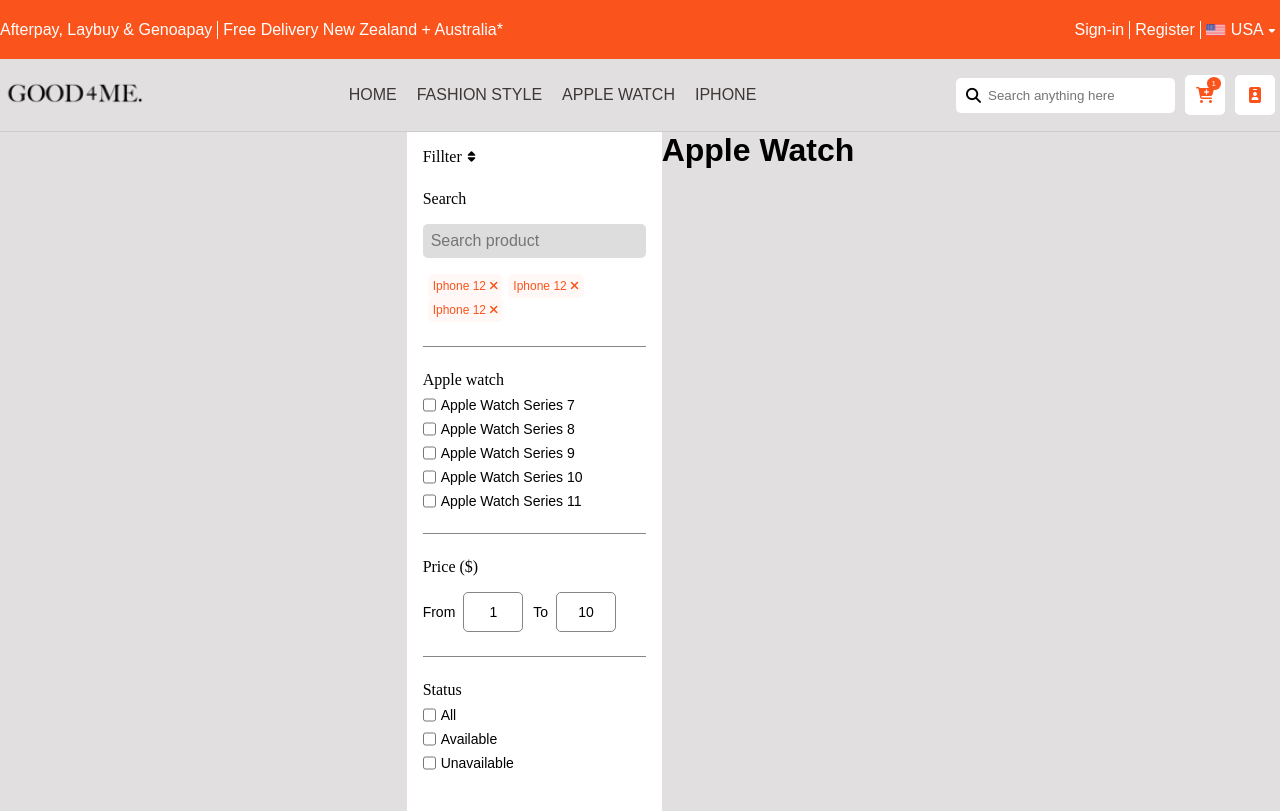
Repository: Ngoc28/Shoppe-web
Page: html/category.html
The author's editor kept a copy of each file at every save. The page is drawn from the files as they stood at one save, then again after the next save.
The browser window is 1280 px wide. The pictures show the whole page.
Some web fonts or font styles are not loaded; a fallback is used.

Above is the page before, as saved 2023-08-08 14:56:14.

### html/category.html
<!DOCTYPE html>
<html lang="en">
<head>
    <meta charset="UTF-8">
    <meta name="viewport" content="width=device-width, initial-scale=1.0">
    <title>Category</title>
    <link rel="stylesheet" href="../accest/css/base.css">
    <link rel="stylesheet" href="/accest/css/category.css">
    <link rel="stylesheet" href="https://cdnjs.cloudflare.com/ajax/libs/font-awesome/6.4.2/css/all.min.css"
        integrity="sha512-z3gLpd7yknf1YoNbCzqRKc4qyor8gaKU1qmn+CShxbuBusANI9QpRohGBreCFkKxLhei6S9CQXFEbbKuqLg0DA=="
        crossorigin="anonymous" referrerpolicy="no-referrer" />
</head>
<body>
    <header>
        <div class="header-top">
            <div class="header-info wide">
                <div class="header-info-dis">
                    <p class="header-info-country">Afterpay, Laybuy & Genoapay</p>
                    <div class="boder-r"></div>
                    <p class="header-info-country">Free Delivery New Zealand + Australia*</p>
                </div>
                <div class="header-info-user">
                    <div class="header-authen">
                        <p class="btn-sign">Sign-in</p>
                        <div class="boder-r"></div>
                        <p class="btn-register">Register</p>
                        <div class="boder-r"></div>
                    </div>
                    <div class="header-contry">
                        <img src="../accest/image/co.png" alt="" width="20px" , height="12px">
                        <p class="btn-country">
                            USA
                            <i class="fa-solid fa-caret-down"></i>
                        </p>
                    </div>
                </div>
            </div>
        </div>
        <div class="header-bot">
            <div class="header-nav wide">
                <div class="header-logo">
                    <img src="../accest/image/Logo_-_Good4Me_140x 1.png" alt="">
                </div>
                <div class="header-navbar">
                    <ul class="nav-link">
                        <li class="nav-item"><a href="/index.html">Home</a></li>
                        <li class="nav-item"><a href="">Fashion style</a></li>
                        <li class="nav-item"><a href="#">Apple watch</a></li>
                        <li class="nav-item"><a href="">Iphone</a></li>
                    </ul>
                </div>
                <div class="header-choose">
                    <label for="search" class="header-search">
                        <i class="fa-solid fa-magnifying-glass"></i>
                        <input type="text" placeholder="Search anything here" id="search">
                    </label>
                    <div class="header-cart">
                        <i class="fa-solid fa-cart-plus"></i>

                        <div class="cart-number">
                            <span>1</span>
                        </div>
                    </div>
                    <div class="header-contact">
                        <i class="fa-solid fa-id-badge"></i>
                    </div>
                </div>
            </div>
        </div>
    </header>

    <div class="container">
        <div class="container-width main-width">
            <div class="container-nav">
                <div class="container-nav-fil">
                    <p>Fillter</p>
                    <i class="fa-solid fa-sort"></i>
                </div>
                <div class="container-nav-search">
                    <label for="search">Search</label>
                    <input type="search" name="search" id="search" placeholder="Search product">
                    <div class="btn-his">
                        <button>
                            Iphone 12
                            <i class="fa-solid fa-xmark"></i>
                        </button>
                        <button>
                            Iphone 12
                            <i class="fa-solid fa-xmark"></i>
                        </button>
                        <button>
                            Iphone 12
                            <i class="fa-solid fa-xmark"></i>
                        </button>

                    </div>
                </div>

                <div class="line"></div>

                <div class="container-nav-brand">
                    <div class="container-nav-heading">
                        <p>Apple watch</p>
                    </div>
                    <div class="container-nav-check">
                        <div class="container-nav-check-item">
                            <input type="checkbox"><p>Apple Watch Series 7</p>
                        </div>
                        <div class="container-nav-check-item">
                            <input type="checkbox"><p>Apple Watch Series 8</p>
                        </div>
                        <div class="container-nav-check-item">
                            <input type="checkbox"><p>Apple Watch Series 9</p>
                        </div>
                        <div class="container-nav-check-item">
                            <input type="checkbox"><p>Apple Watch Series 10</p>
                        </div>
                        <div class="container-nav-check-item">
                            <input type="checkbox"><p>Apple Watch Series 11</p>
                        </div>
                    </div>
                </div>

                <div class="line"></div>

                <div class="container-nav-price">
                    <p class="container-nav-price-title">
                        Price ($)
                    </p>
                    <div class="container-nav-price-about">
                        <div class="container-nav-price-from">
                            <p>From</p>
                            <button>1</button>
                        </div>

                        <div class="container-nav-price-to">
                            <p>To</p>
                            <button>10</button>
                        </div>
                    </div>
                </div>
                <div class="line"></div>

                <div class="container-nav-status">
                    <p class="container-nav-status-title">Status</p>
                    <div class="container-nav-status-check">
                        <div class="container-nav-status-item">
                            <input type="checkbox"><p>All</p>
                        </div>
                        <div class="container-nav-status-item">
                            <input type="checkbox"><p>Available</p>
                        </div>
                        <div class="container-nav-status-item">
                            <input type="checkbox"><p>Unavailable</p>
                        </div>
                    </div>
                </div>
            </div>
            <!-- Product -->
            <div class="container-product">
                <div class="container-product-block">
                    <h1 class="container-product-heading">Apple Watch
                        <div class="boder-bottom"></div>
                    </h1>
                </div>
            </div>
        </div>
    </div>
</body>
</html>

### accest/css/base.css
@font-face{font-family:gilroy-bold;font-style:normal;font-weight:400;src:local('Gilroy-Bold'),url(https://fonts.cdnfonts.com/s/16219/Gilroy-Bold.woff) format('woff')}@font-face{font-family:gilroy-heavy;font-style:normal;font-weight:400;src:local('Gilroy-Heavy'),url(https://fonts.cdnfonts.com/s/16219/Gilroy-Heavy.woff) format('woff')}@font-face{font-family:gilroy-light;font-style:normal;font-weight:400;src:local('Gilroy-Light'),url(https://fonts.cdnfonts.com/s/16219/Gilroy-Light.woff) format('woff')}@font-face{font-family:gilroy-medium;font-style:normal;font-weight:400;src:local('Gilroy-Medium'),url(https://fonts.cdnfonts.com/s/16219/Gilroy-Medium.woff) format('woff')}@font-face{font-family:gilroy-regular;font-style:normal;font-weight:400;src:local('Gilroy-Regular'),url(https://fonts.cdnfonts.com/s/16219/Gilroy-Regular.woff) format('woff')}

*{
    padding: 0;
    margin: 0;
    box-sizing: border-box;
}

:root {
    --main-color: #FA541C;
    --footer-color: #FFF8F6;
    --white-color: #FFFF;
    --text-color: #3D3737;
    --gray-text:#85858A;
    --gray-background: #DDDDDD;
    --main-background: #e0ddddef;
}

.wide{
    width: 1280px;
}

html {
    font-family: gilroy-regular, sans-serif;
}

body {
    background: var(--main-background);
}
/* header */
header {
}

.header-top {
    background: var(--main-color);
    display: flex;
    justify-content: center;
    align-items: center;
    width: 100%;
    height: 100%;
    height: 59px;
}

.header-info {
    display: flex;
    justify-content: space-between;
}

.header-info-dis {
    display: flex;
}

.header-info-country {
    font-size: 16px;
    font-weight: 300;
    color: var(--white-color);
}

.boder-r {
    border-right: 1px solid #fff;
    margin: 0 5px;
}

.header-authen {
    display: flex;
}

.header-info-user {
    display: flex;

}

.btn-sign,
.btn-register {
    border: none;
    background-color: var(--main-color);
    color: var(--white-color);
    font-size: 16px;
    font-weight: 200;
    cursor: pointer;
}


.header-contry {
    display: flex;
    align-items: center;
}

.btn-country {
    border: none;
    background: var(--main-color);
    color: var(--white-color);
    font-size: 16px;
    font-weight: 300;
    text-transform: uppercase;
    padding: 0 5px;
    display: flex;
    align-items: center;
    cursor: pointer;
}

.btn-country i {
    padding-left:5px ;
    font-size: 10px;
    color: var(--white-color);
}

/* NAVBAR */
.header-bot {
    display: flex;
    justify-content: center;
    /* margin: 0 auto; */
    width: 100%;
    /* height: 100%;      */
    border-bottom: 1px solid #ccc ;
    /* background: var(--gray-background); */
}

.header-logo img {
    object-fit: cover;
}

.header-nav {
    height: 72px;
    display: flex;
    align-items: center;
    justify-content: space-between;
}

.nav-link {
    display: flex;

}

.nav-item {
    list-style: none;
}

.nav-item a {
    text-decoration: none;
    color: var(--text-color);
    font-size: 16px;
    font-weight: 600px;
    padding: 0 10px;
    text-transform: uppercase;
}

.nav-item a:hover {
    color: var(--main-color);
}

.header-choose {
    display: flex;
    align-items: center;
    border-radius: 5px;

}

.header-search {
    background: var(--white-color);
    padding: 10px;
    display: flex;
    align-items: center;
    justify-content: center;
    border-radius: 5px;
    margin-right: 5px;
}

.header-search input {
    border: none;
    outline: none;

}

.header-search i {
    font-size: 15px;
    margin-right: 7px;
}

.header-cart,
.header-contact {
    background: var(--white-color);
    /* padding: 10px; */
    border-radius: 5px;
    margin: 0 5px;
    width: 40px;
    height: 40px;
    display: flex;
    justify-content: center;
    align-items: center;
}

.header-cart {
    position: relative;
}

.header-cart i,
.header-contact i {
    color: var(--main-color);
}

.cart-number {
    position: absolute;
    top: -3px;
    right: 4px;
    z-index: 1;
    /* width: 30px;
    height: 30px; */
}
.cart-number span {
    padding: 2px 5px;
    font-size: 8px;
    border-radius: 50%;
    background: var(--main-color);
    color: var(--white-color);
}

/* product */

.component {
    display: flex;
    flex-direction: column;
    margin: 32px auto 0;
}

.product {
    margin: 32px 0;
    display: flex;
    flex-wrap: wrap;
    gap: 32px;
}


.product-item {
    background: var(--white-color);
    display: flex;
    padding: 10px;
    flex: 1;
    border-radius: 8px;
}

.product-info {
    display: flex;
    flex-direction: column;
    gap: 16px;
    margin: auto 0;
}

.product-img {
    margin-right: 10px;
}

.product-img img {
    object-fit: cover;
}

.product-info-title {
    display: flex;
    justify-content: space-between;
}

.product-info-title p {
    font-family: gilroy-medium;
    font-size: 16px;
}

.product-info-title button {
    border: none;
    background: #F6FFED;
    color: #389E0D;
    padding: 5px;
}

.product-info-text p {
    font-size: 16px;
}

.product-info-color {
    display: flex;
}

.product-info-color p {
    font-size: 16px;
    margin-right: 5px;
}

.product-choose-color {
    display: flex;
    background-color: var(--gray-background);
    border-radius: 6px;
    padding: 3px;
}

.product-choose-white{
    margin-right: 5px;
    padding: 1px 8px;
    background: var(--white-color);
    border-radius: 50%;
}

.product-choose-black{
    margin-right: 5px;
    padding: 1px 8px;
    background: #000;
    border-radius: 50%;
}

.product-choose-vio{
    margin-right: 5px;

    padding: 1px 8px ;
    background: #304A23;
    border-radius: 50%;
}

.product-choose-red{
    padding: 1px 8px;
    background: #AF0303;
    border-radius: 50%;
}

.product-info-status {
    display: flex;
}

.product-info-status p{
    font-size: 16px;
    color: var(--text-color);
    margin-right: 5px;
}

.product-info-status span {
    color: #389E0D;
}

.product-info-price {
    display: flex;
    justify-content: space-between;
}

.product-info-price span{
    font-family: gilroy-medium;
    font-size: 16px;
}


/* footer */
footer {
    padding: 32px 0;
    background: var(--footer-color);
}


.footer-top {
    display: flex;
    gap: 40px;
    margin: 0 auto 32px;
}

.text {
    flex: 1;
    display: flex;
    flex-direction: column;
    gap: 16px;
}

.footer-logo img {
    object-fit: cover;
}


.footer-item p {
    font-family: gilroy-medium;
    font-size: 20px;
    text-transform: uppercase;
}

.text p {
    font-size: 16px;
}

.line-footer {
    width: 1280px;
    border-bottom: 1px solid var(--text-color);
    margin: 0 auto 32px;

}

.footer-bot {
    display: flex;
    justify-content: space-between;
    margin: 0 auto;
}

.footer-bot-text p {
    font-size: 16px;
}

.footer-bot-text p span {
    font-family: gilroy-medium;
    color: var(--main-color);
    text-transform: uppercase;
}

### accest/css/category.css
.container {
    display: flex;
    justify-content: center;
}

.container-width {
    display: flex;
}

.container-nav{
    display: flex;
    flex-direction: column;
    background: var(--white-color);
    flex: 1;
    gap: 24px;
    padding: 16px 16px 40px;
    flex-direction: column;
}

.container-nav-fil {
    display: flex;
    align-items: center;
}

.container-nav-fil p{
    font-size: 16px;
    margin-right: 6px;
    font-family: gilroy-medium;

}

.container-nav-fil i {
    font-size: 12px;
}

.container-nav-search {
    display: flex;
    flex-direction: column;
    gap: 16px;
}

.container-nav-search label{
    display: block;
    font-family: gilroy-medium;
    font-size: 16px;
}

.container-nav-search input {
    background: var(--gray-background);
    border: none;
    outline: none;
    padding: 8px;
    border-radius: 5px;
    font-size: 16px;
}

.btn-his {
    display: flex;
    flex-wrap: wrap;
}

.btn-his button{
    margin-left: 5px;
    background: #FFF8F6;
    color: var(--main-color);
    padding: 5px;
    border-radius: 5px;
    font-size: 12px;
    border: none;
    cursor: pointer;
}

.btn-his button:hover {
    background: var(--main-color);
    color: var(--white-color);

}

.line {
    border-bottom: 1px solid var(--gray-text);
}

.container-nav-status-title,
.container-nav-heading p {
    font-size: 16px;
    font-family: gilroy-medium;
    margin-bottom: 8px;
}

.container-nav-status-check,
.container-nav-check {
    display: flex;
    flex-direction: column;
    gap: 8px;
}

.container-nav-status-item,
.container-nav-check-item {
    display: flex;
}

.container-nav-status-item p,
.container-nav-check-item p {
    font-size: 14px;
    margin-left: 5px;
}

.container-nav-price {

}

.container-nav-price-title {
    font-size: 16px;
    font-family: gilroy-medium;

}

.container-nav-price-about {
    display: flex;
    margin-top: 16px;
}

.container-nav-price-from {
    margin-right: 10px;
}

.container-nav-price-from,
.container-nav-price-to  {
    align-items: center;
    display: flex;
}

.container-nav-price-from p,
.container-nav-price-to p {
    font-size: 14px;
    margin-right: 8px;
}

.container-nav-price-from button,
.container-nav-price-to button {
    width: 60px;
    height: 40px;
    padding: 8px 10px;
    border-radius: 5px;
    font-size: 14px;
    background: var(--white-color);
    border: 1px solid var(--gray-text);
}

/* Product */
.container-product {
    flex: 4;
    width: 100%;
}

After the next save:
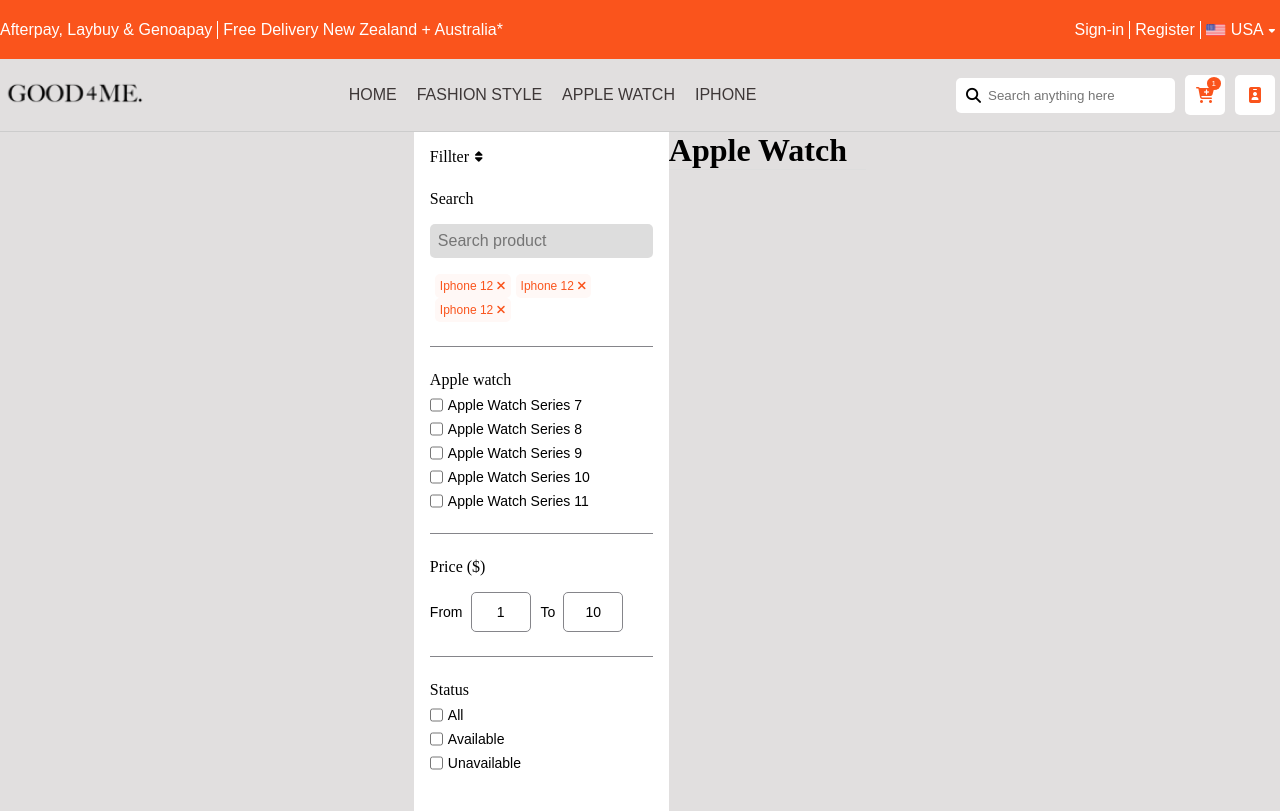
Saved 2 min 40 s later.
--- a/accest/css/category.css
+++ b/accest/css/category.css
@@ -152,3 +152,11 @@
     flex: 4;
     width: 100%;
 }
+
+.container-product-heading {
+    font-family: gilroy-medium;
+}
+
+.boder-bottom {
+    border-bottom: 1px solid var(--gray-background);
+}
